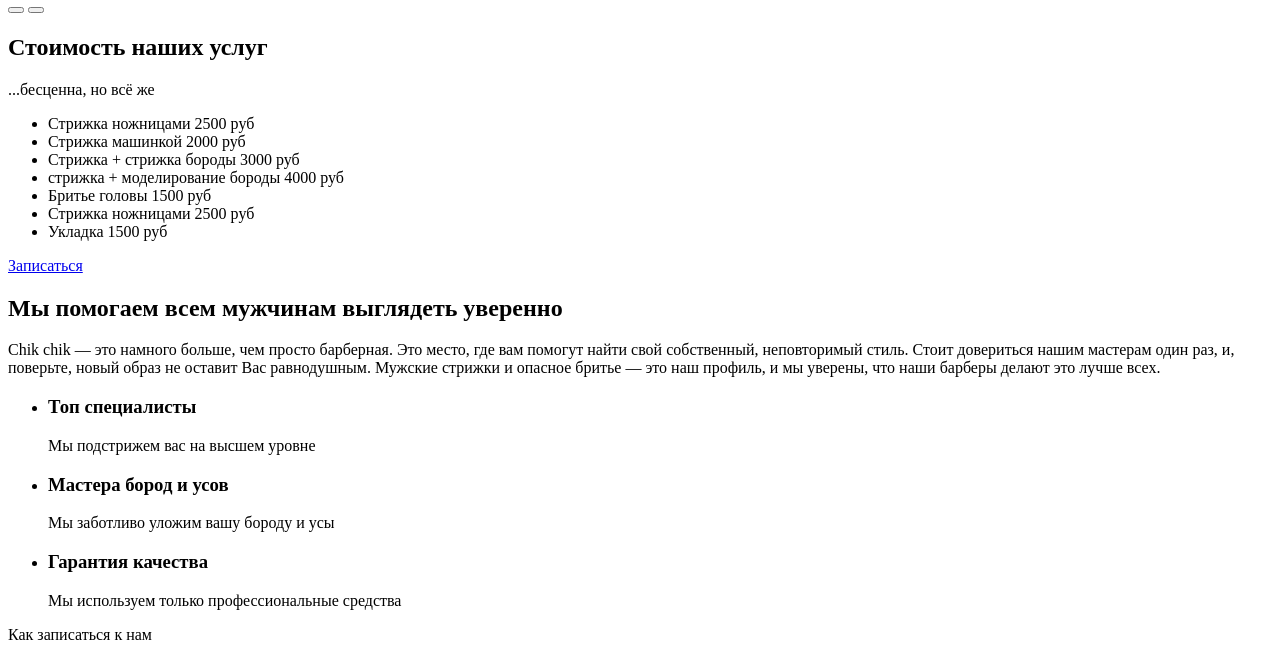
Repository: alexboagreek/chick-chick
Page: index.html
An editor plug-in stored every save of this project. The page is shown before and after a run of saves, followed by the edit.
The browser window is 1280 px wide. The pictures show the part of the page from y = 3047 to 3777 px (the page is 3707 px tall before and 3777 px after).
A picture or video elsewhere on the page could not be fetched, so the positions and the page height are approximate.

Above is the page before, as saved 2023-01-17 14:41:26.

After the next 5 saves:
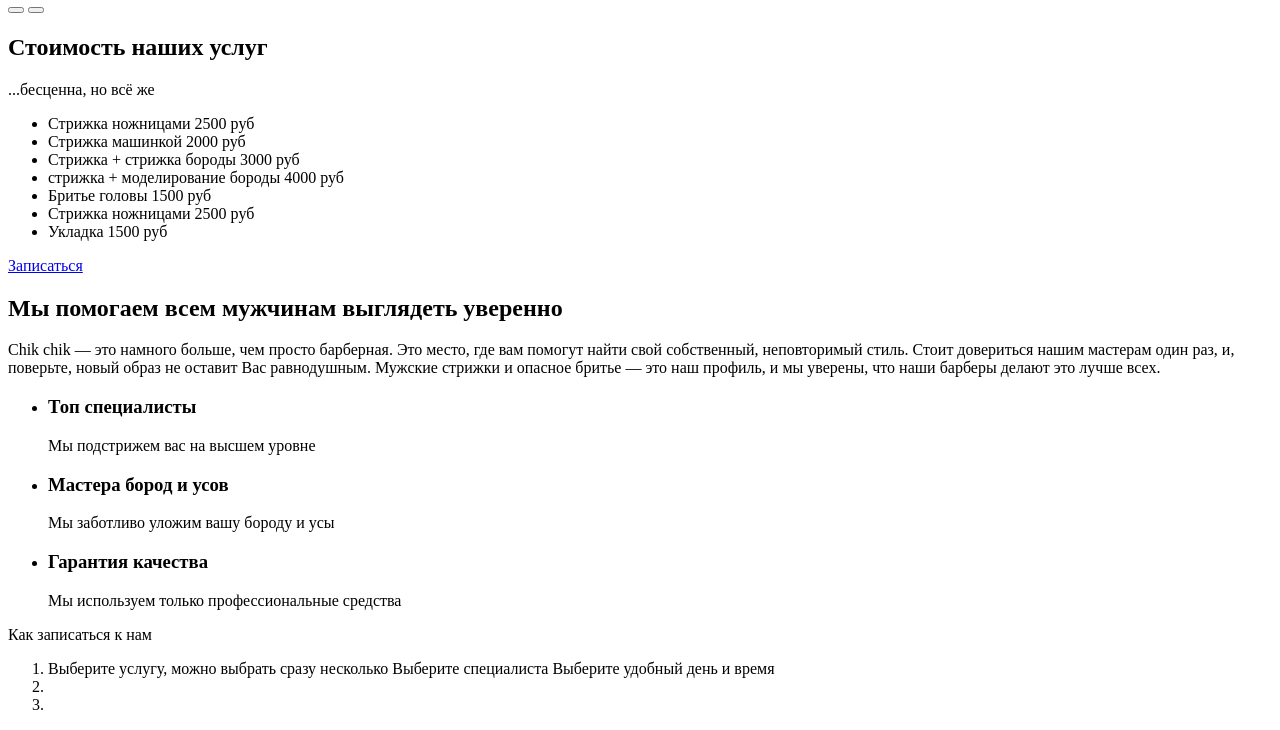
The 5 saves are shown as one change because they came seconds apart.
The last was saved 14 s later.
--- a/index.html
+++ b/index.html
@@ -141,7 +141,11 @@
                 <div class="reserve__title">Как записаться к нам</div>
 
                 <ol class="reserve__list">
-
+                    <li class="reserve__item">Выберите услугу, можно выбрать сразу несколько
+                        Выберите специалиста
+                        Выберите удобный день и время</li>
+                    <li class="reserve__item"></li>
+                    <li class="reserve__item"></li>
                 </ol>
             </div>
         </section>
